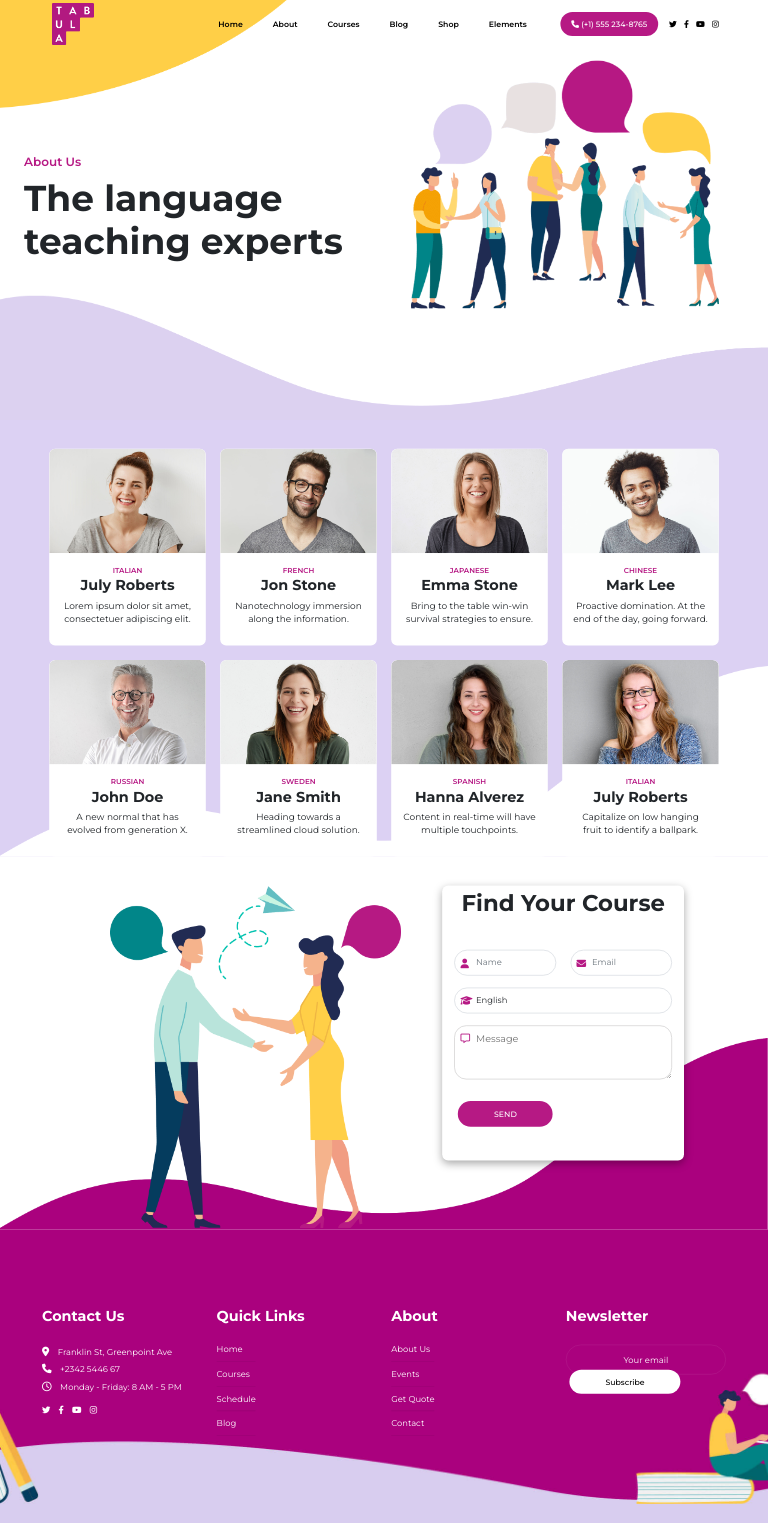
Repository: minhtrivu6199/tabula
Page: index.html
These files come from the project's save history. The page is drawn as it stood at one moment and after the next save; the edit follows.
The browser window is 1280 px wide. The pictures show the whole page, at 60% of full size.
Some web libraries are served in a nearby version. The style sheet was rebuilt from its Sass, Less or Tailwind sources for each picture, by a compiler version that may differ from the author's.

Above is the page before, as saved 2022-09-28 21:59:43.

### index.html
<!DOCTYPE html>
<html lang="en">
  <head>
    <title>Tabula</title>
    <link rel="shortcut icon" href="img/crest.png" type="image/x-icon" />
    <!-- Required meta tags -->
    <meta charset="utf-8" />
    <meta
      name="viewport"
      content="width=device-width, initial-scale=1, shrink-to-fit=no"
    />

    <!-- Font -->
    <link rel="preconnect" href="https://fonts.googleapis.com" />
    <link rel="preconnect" href="https://fonts.gstatic.com" crossorigin />
    <link
      href="https://fonts.googleapis.com/css2?family=Montserrat:wght@300;400;500;600;700&display=swap"
      rel="stylesheet"
    />

    <!-- Bootstrap CSS v5.2.0-beta1 -->
    <link
      rel="stylesheet"
      href="https://cdn.jsdelivr.net/npm/bootstrap@5.2.0/dist/css/bootstrap.min.css"
      integrity="sha384-gH2yIJqKdNHPEq0n4Mqa/HGKIhSkIHeL5AyhkYV8i59U5AR6csBvApHHNl/vI1Bx"
      crossorigin="anonymous"
    />

    <!-- FontAwesome 6.1.1 CSS -->
    <link
      rel="stylesheet"
      href="https://cdnjs.cloudflare.com/ajax/libs/font-awesome/6.1.1/css/all.min.css"
      integrity="sha512-KfkfwYDsLkIlwQp6LFnl8zNdLGxu9YAA1QvwINks4PhcElQSvqcyVLLD9aMhXd13uQjoXtEKNosOWaZqXgel0g=="
      crossorigin="anonymous"
      referrerpolicy="no-referrer"
    />

    <!-- CSS -->
    <link rel="stylesheet" href="./css/style.min.css" />
  </head>

  <body>
    <!-- HEADER -->
    <header class="header">
      <nav class="navbar navbar-expand-lg navbar-fixed-top bg-transparent p-0">
        <div class="container">
          <div class="header-left">
            <a href="" class="navbar-brand logo">
              <img src="./img/crest.png" alt="" />
            </a>
          </div>
          <div class="header-right">
            <div class="header-menu d-xs-none">
              <ul class="navbar-nav menu">
                <li class="nav-item">
                  <a href="" class="nav-link"> Home </a>
                </li>
                <li class="nav-item">
                  <a href="" class="nav-link"> About </a>
                </li>
                <li class="nav-item">
                  <a href="" class="nav-link"> Courses </a>
                </li>
                <li class="nav-item">
                  <a href="" class="nav-link"> Blog </a>
                </li>
                <li class="nav-item">
                  <a href="" class="nav-link"> Shop </a>
                </li>
                <li class="nav-item">
                  <a href="" class="nav-link"> Elements </a>
                </li>
              </ul>
            </div>
            <div class="header-right-inner">
              <div class="header-btn">
                <a href="" class="btn-default">
                  <span class="btnWidgetIcon">
                    <i class="fa fa-phone"></i>
                  </span>
                  <span class="btnWidgetText"> (+1) 555 234-8765 </span>
                </a>
              </div>
              <a href="" class="iconWidget">
                <div class="btnWidgetIcon">
                  <i class="fab fa-twitter"></i>
                </div>
              </a>
              <a href="" class="iconWidget">
                <div class="btnWidgetIcon">
                  <i class="fab fa-facebook-f"></i>
                </div>
              </a>
              <a href="" class="iconWidget">
                <div class="btnWidgetIcon">
                  <i class="fab fa-youtube"></i>
                </div>
              </a>
              <a href="" class="iconWidget">
                <div class="btnWidgetIcon">
                  <i class="fab fa-instagram"></i>
                </div>
              </a>
            </div>
          </div>
        </div>
      </nav>
    </header>
    <!-- END HEADER -->

    <!-- CONTENT WRAP -->
    <section class="contentWrap">
      <div class="contentHolder">
        <div class="contentPort">
          <div class="cell">
            <div class="cell-inner">
              <div class="row">
                <div class="col-6">
                  <div class="col-content">
                    <span class="subtitle"> About Us </span>
                    <h1 class="title">The language teaching experts</h1>
                  </div>
                </div>
                <div class="col-6">
                  <div class="col-content">
                    <div class="col-thumb">
                      <img src="./img/hero_team.png" alt="" />
                    </div>
                  </div>
                </div>
              </div>
            </div>
          </div>
        </div>
        <div class="top-img">
          <img src="./img/yellow_top_wave_01.png" alt="" />
        </div>
        <div class="bottom-img">
          <img src="./img/Violet_top_left_wave.png" alt="" />
        </div>
      </div>
    </section>
    <!-- END CONTENTWRAP -->

    <!-- CARD -->
    <section class="groupCard">
      <div class="container pt-5">
        <div class="row">
          <div class="col-lg-3 col-md-6 col-sm-6 col-12">
            <div class="card">
              <div class="card-img">
                <img src="./img/teacher_1.jpg" alt="" />
              </div>
              <div class="card-body">
                <div class="card-text">
                  <span class="subtitle"> italian </span>
                  <h3 class="teacherName">July Roberts</h3>
                  <p class="text">
                    Lorem ipsum dolor sit amet, consectetuer adipiscing elit.
                  </p>
                </div>
              </div>
            </div>
          </div>
          <div class="col-lg-3 col-md-6 col-sm-6 col-12">
            <div class="card">
              <div class="card-img">
                <img src="./img/teacher_2.jpg" alt="" />
              </div>
              <div class="card-body">
                <div class="card-text">
                  <span class="subtitle"> FRENCH </span>
                  <h3 class="teacherName">Jon Stone</h3>
                  <p class="text">
                    Nanotechnology immersion along the information.
                  </p>
                </div>
              </div>
            </div>
          </div>
          <div class="col-lg-3 col-md-6 col-sm-6 col-12">
            <div class="card">
              <div class="card-img">
                <img src="./img/teacher_3.jpg" alt="" />
              </div>
              <div class="card-body">
                <div class="card-text">
                  <span class="subtitle"> JAPANESE </span>
                  <h3 class="teacherName">Emma Stone</h3>
                  <p class="text">
                    Bring to the table win-win survival strategies to ensure.
                  </p>
                </div>
              </div>
            </div>
          </div>
          <div class="col-lg-3 col-md-6 col-sm-6 col-12">
            <div class="card">
              <div class="card-img">
                <img src="./img/teacher_4.jpg" alt="" />
              </div>
              <div class="card-body">
                <div class="card-text">
                  <span class="subtitle"> CHINESE </span>
                  <h3 class="teacherName">Mark Lee</h3>
                  <p class="text">
                    Proactive domination. At the end of the day, going forward.
                  </p>
                </div>
              </div>
            </div>
          </div>
        </div>
        <div class="row pt-4">
          <div class="col-lg-3 col-md-6 col-sm-6 col-12">
            <div class="card">
              <div class="card-img">
                <img src="./img/teacher_5.jpg" alt="" />
              </div>
              <div class="card-body">
                <div class="card-text">
                  <span class="subtitle"> RUSSIAN </span>
                  <h3 class="teacherName">John Doe</h3>
                  <p class="text">
                    A new normal that has evolved from generation X.
                  </p>
                </div>
              </div>
            </div>
          </div>
          <div class="col-lg-3 col-md-6 col-sm-6 col-12">
            <div class="card">
              <div class="card-img">
                <img src="./img/teacher_6.jpg" alt="" />
              </div>
              <div class="card-body">
                <div class="card-text">
                  <span class="subtitle"> SWEDEN </span>
                  <h3 class="teacherName">Jane Smith</h3>
                  <p class="text">
                    Heading towards a streamlined cloud solution.
                  </p>
                </div>
              </div>
            </div>
          </div>
          <div class="col-lg-3 col-md-6 col-sm-6 col-12">
            <div class="card">
              <div class="card-img">
                <img src="./img/teacher_7.jpg" alt="" />
              </div>
              <div class="card-body">
                <div class="card-text">
                  <span class="subtitle"> SPANISH </span>
                  <h3 class="teacherName">Hanna Alverez</h3>
                  <p class="text">
                    Content in real-time will have multiple touchpoints.
                  </p>
                </div>
              </div>
            </div>
          </div>
          <div class="col-lg-3 col-md-6 col-sm-6 col-12">
            <div class="card">
              <div class="card-img">
                <img src="./img/teacher_8.jpg" alt="" />
              </div>
              <div class="card-body">
                <div class="card-text">
                  <span class="subtitle"> italian </span>
                  <h3 class="teacherName">July Roberts</h3>
                  <p class="text">
                    Capitalize on low hanging fruit to identify a ballpark.
                  </p>
                </div>
              </div>
            </div>
          </div>
        </div>
      </div>
      <div class="bottom-img">
        <img src="./img/Wave_White_bottom_right_shape_01.png" alt="" />
      </div>
    </section>
    <!-- END CARD -->

    <!-- FIND COURSE -->
    <section class="findCourse">
      <div class="container pt-5">
        <div class="cell">
          <div class="cell-inner">
            <div class="row">
              <div class="col-lg-7 col-md-12">
                <div class="col-thumb">
                  <img src="./img/conatct_inner.png" alt="" />
                </div>
              </div>
              <div class="col-lg-5 col-md-12">
                <div class="col-form">
                  <form class="form" action="">
                    <span class="title"> Find Your Course </span>
                    <div class="row">
                      <div class="input-group flex-nowrap col-6 w-50">
                        <span class="input-icon">
                          <i class="fa fa-user"></i>
                        </span>
                        <input
                          type="text"
                          class="form-control"
                          placeholder="Name"
                        />
                      </div>
                      <div class="input-group flex-nowrap col-6 w-50">
                        <span class="input-icon">
                          <i class="fa fa-envelope"></i>
                        </span>
                        <input
                          type="text"
                          class="form-control"
                          placeholder="Email"
                        />
                      </div>

                      <div class="input-group">
                        <span class="input-icon">
                          <i class="fa fa-graduation-cap"></i>
                        </span>
                        <select class="form-select">
                          <option selected>English</option>
                          <option value="1">French</option>
                          <option value="2">Spanish</option>
                          <option value="3">German</option>
                        </select>
                      </div>
                      <div class="input-group">
                        <span class="input-icon">
                          <i class="fa-regular fa-message"></i>
                        </span>
                        <textarea
                          cols="40"
                          rows="10"
                          placeholder="Message"
                        ></textarea>
                      </div>
                      <div class="input-group btnForm">
                        <a href="" class="btn-default">
                          <span>SEND</span>
                        </a>
                      </div>
                    </div>
                  </form>
                </div>
              </div>
            </div>
          </div>
        </div>
      </div>
      <div class="bottom-img">
        <img src="./img/accent_bottom_wave_01.png" alt="" />
      </div>
    </section>
    <!-- END FIND COURSE -->

    <!-- FOOTER -->
    <footer class="footer">
      <div class="container">
        <div class="cell">
          <div class="cell-inner">
            <div class="row">
              <div class="col-lg-3 col-md-6 col-sm-6 col-12">
                <h3 class="title">Contact Us</h3>
                <div class="item">
                  <i class="fa fa-map-marker-alt"></i>
                  <span class="holder">
                    <span>Franklin St, Greenpoint Ave</span>
                  </span>
                </div>
                <div class="item">
                  <i class="fa fa-phone"></i>
                  <span class="holder">
                    <span>+2342 5446 67</span>
                  </span>
                </div>
                <div class="item">
                  <i class="fa-regular fa-clock"></i>
                  <span class="holder">
                    <span>Monday - Friday: 8 AM - 5 PM</span>
                  </span>
                </div>
                <div class="icon">
                  <a href="" class="iconWidget">
                    <i class="fab fa-twitter"></i>
                  </a>
                  <a href="" class="iconWidget">
                    <i class="fab fa-facebook-f"></i>
                  </a>
                  <a href="" class="iconWidget">
                    <i class="fab fa-youtube"></i>
                  </a>
                  <a href="" class="iconWidget">
                    <i class="fab fa-instagram"></i>
                  </a>
                </div>
              </div>
              <div class="col-lg-3 col-md-6 col-sm-6 col-12">
                <h3 class="title">Quick Links</h3>
                <div class="container-fluid">
                  <ul class="menu">
                    <li class="menu-item">
                      <a href="">Home</a>
                    </li>
                    <li class="menu-item">
                      <a href="">Courses</a>
                    </li>
                    <li class="menu-item">
                      <a href="">Schedule</a>
                    </li>
                    <li class="menu-item">
                      <a href="">Blog</a>
                    </li>
                  </ul>
                </div>
              </div>
              <div class="col-lg-3 col-md-6 col-sm-6 col-12">
                <h3 class="title">About</h3>
                <div class="container-fluid">
                  <ul class="menu">
                    <li class="menu-item">
                      <a href="">About Us</a>
                    </li>
                    <li class="menu-item">
                      <a href="">Events</a>
                    </li>
                    <li class="menu-item">
                      <a href="">Get Quote</a>
                    </li>
                    <li class="menu-item">
                      <a href="">Contact</a>
                    </li>
                  </ul>
                </div>
              </div>
              <div class="col-lg-3 col-md-6 col-sm-6 col-12">
                <h3 class="title">Newsletter</h3>
                <form action="">
                  <div class="form-input">
                    <input type="email" placeholder="Your email" />
                  </div>
                  <div class="form-button">
                    <a href="" class="btn-default"> Subscribe </a>
                  </div>
                </form>
              </div>
            </div>
          </div>
        </div>
      </div>
    </footer>
    <!-- END FOOTER -->

    <!-- Bootstrap JavaScript Libraries -->
    <script
      src="https://cdn.jsdelivr.net/npm/@popperjs/core@2.11.5/dist/umd/popper.min.js"
      integrity="sha384-Xe+8cL9oJa6tN/veChSP7q+mnSPaj5Bcu9mPX5F5xIGE0DVittaqT5lorf0EI7Vk"
      crossorigin="anonymous"
    ></script>

    <script
      src="https://cdn.jsdelivr.net/npm/bootstrap@5.2.0/dist/js/bootstrap.min.js"
      integrity="sha384-ODmDIVzN+pFdexxHEHFBQH3/9/vQ9uori45z4JjnFsRydbmQbmL5t1tQ0culUzyK"
      crossorigin="anonymous"
    ></script>
  </body>
</html>

Loaded but not shown: scss/style.scss (515 lines, source omitted)

After the next save:
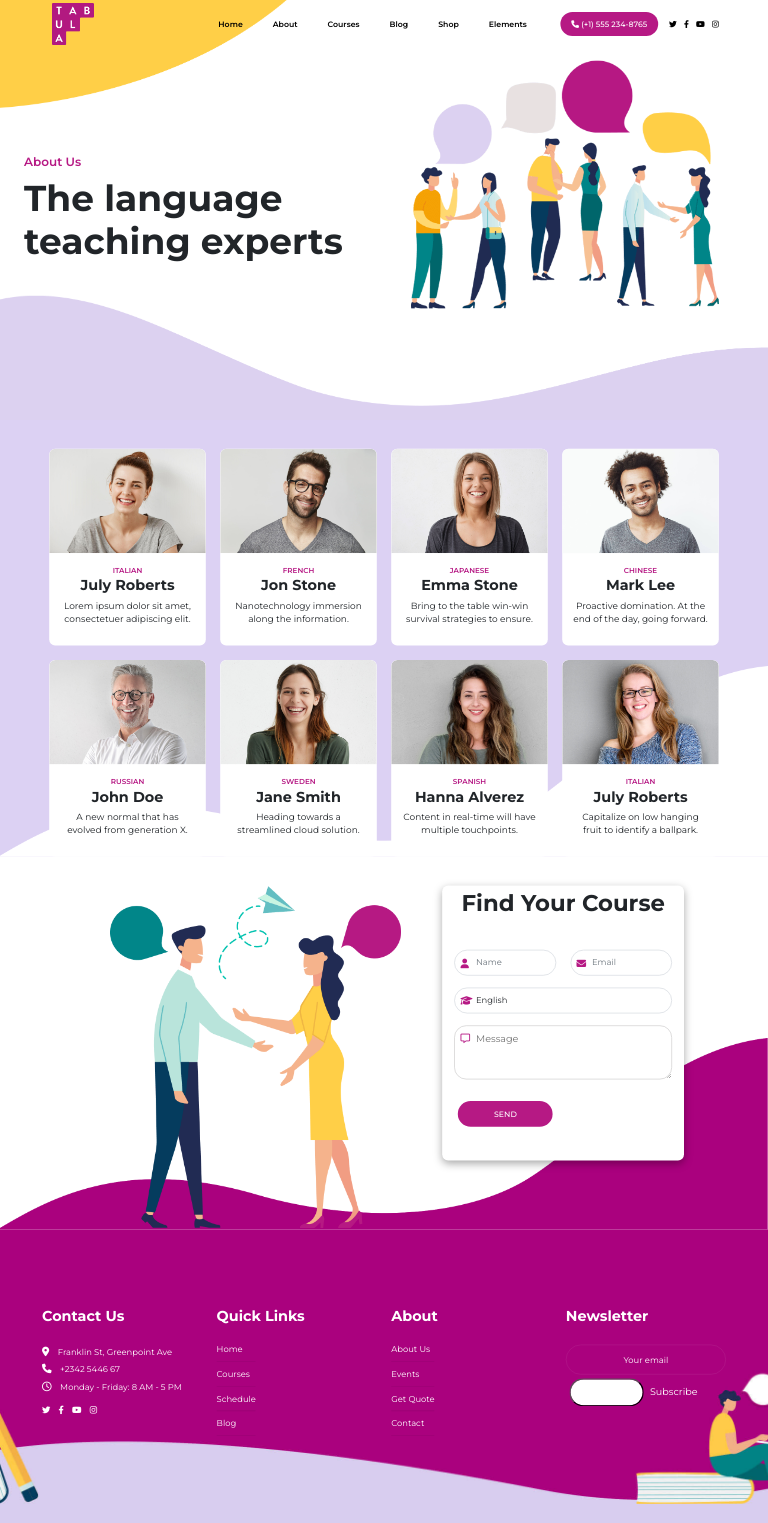
Saved 49 s later.
--- a/index.html
+++ b/index.html
@@ -447,7 +447,7 @@
                     <input type="email" placeholder="Your email" />
                   </div>
                   <div class="form-button">
-                    <a href="" class="btn-default"> Subscribe </a>
+                    <input type="submit" value=""class="btn-default"> Subscribe </input>
                   </div>
                 </form>
               </div>
